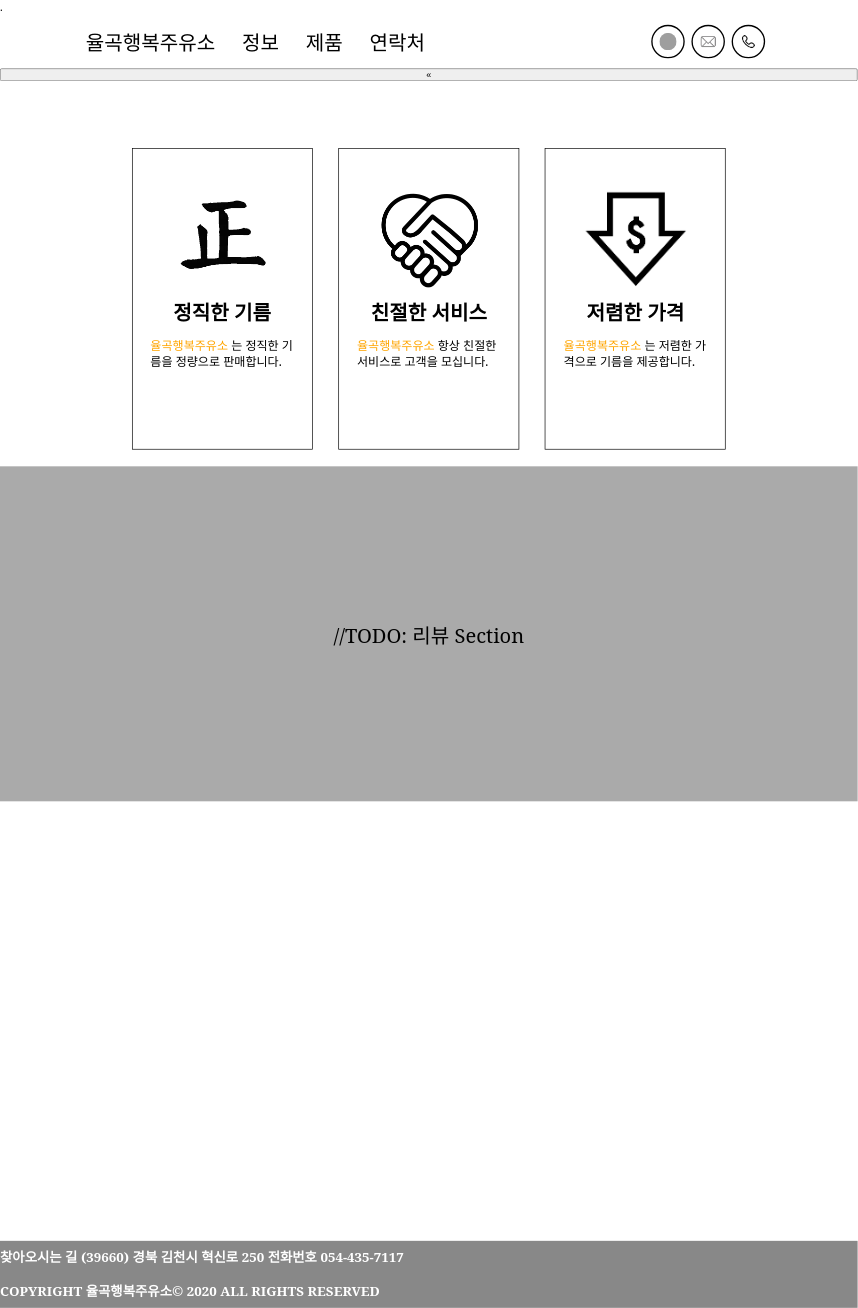
Repository: randomUser134923/pet-projects
Page: pet-projects/web1/index.html
The author's editor kept a record of every edit. The page is drawn from the files as they stood at one moment, then again after the next edit.
The browser window is 1280 px wide. The pictures show the whole page, at 67% of full size.
Pictures or frames that could not be fetched are drawn as grey boxes.

Above is the page before.

After the next edit:
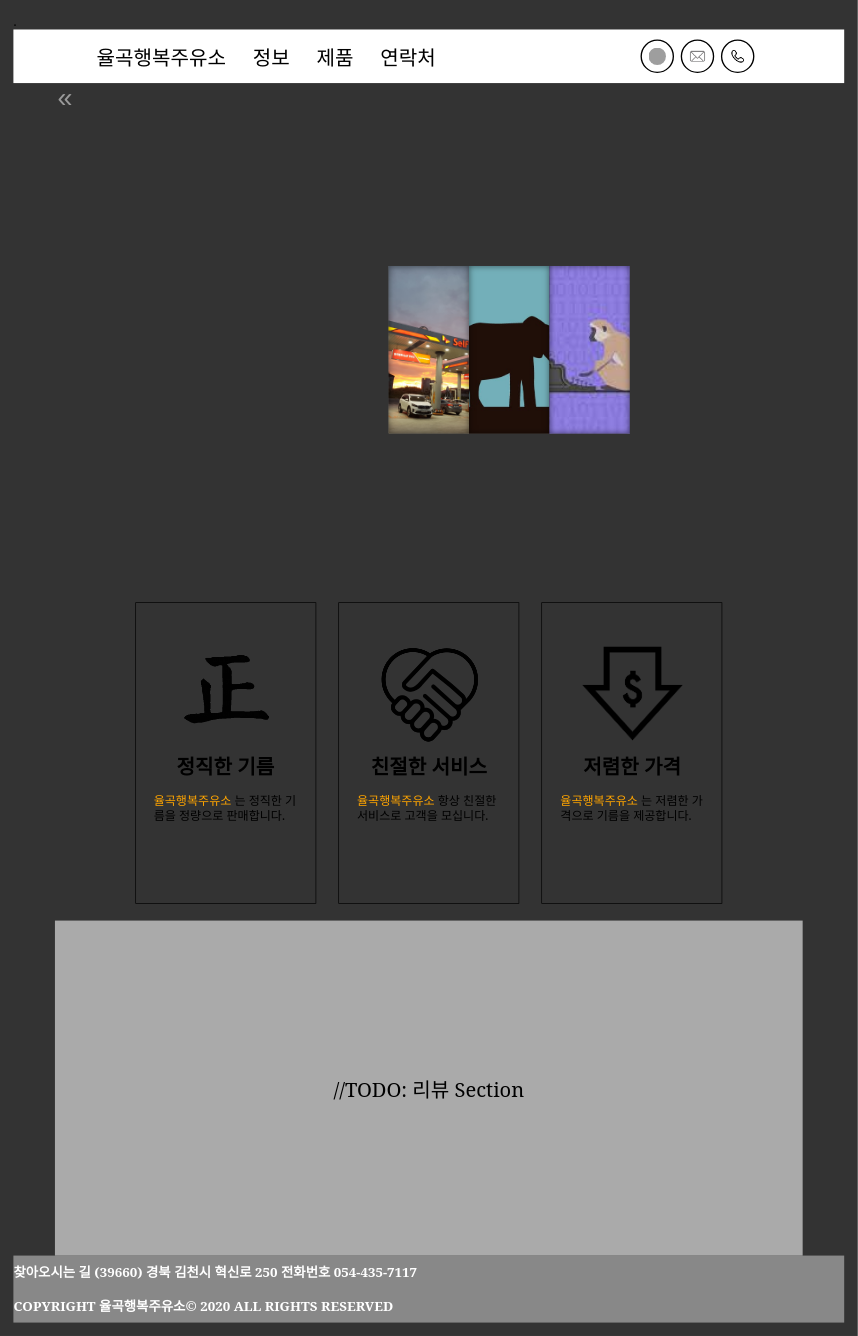
The edit:
--- a/pet-projects/web1/css/banner.css
+++ b/pet-projects/web1/css/banner.css
@@ -1,68 +1,74 @@
-
-.sliding-banner input {
-  position: absolute;
-  opacity: 0;
-  margin-top: 95vh;
-  cursor: pointer;
+@import url(https://fonts.googleapis.com/css?family=Noto+Sans:400,700);
+* {
+  box-sizing: border-box;
+  margin: 0;
+  padding: 0;
 }
-
-.sliding-banner label {
-  display: inline-block;
-  width: 12px;
-  height: 12px;
-  border: solid 2px white;
-  border-radius: 999px;
-  background-color: transparent;
-  margin: 95vh 6px 0 6px;
-  z-index: 2;
-  cursor: pointer;
-  transition-duration: .4s;
+html {
+  font: 18px 'Noto Sans', Arial, sans-serif;
+  background: #333;
 }
-
-.sliding-banner input:checked + label{
-  background-color: white;
+body {
+  padding: 20px;
 }
-
-.sliding-banner input:focus + label{
-  box-shadow: 0 0 0 2px teal, 0 0 18px white;
+h1 {
+  text-align: center;
+  color: #f0f0f0;
+  margin-bottom: 1em;
 }
-
-.slide {
-  position: absolute;
-  background-position: center;
-  background-size: cover;
-  background-repeat: no-repeat;
-  width: 100%;
-  height: 100%;
-  top: 0;
-  left: 0;
-  z-index: 1;
-  transform: translateX(-100%);
-  transition-duration: .4s;
+.sticky {
+  width: 100px;
+  text-align: center;
+  color: #be2221;
+  font-size: 16px;
+  background: #f0f0f0;
+  line-height: 250px;
+}
+.content-wrapper {
+  display: flex;
+  align-items: stretch;
+  width: 90%;
+  margin: auto;
+}
+button {
+  width: 30px;
+  border: none;
+  background: transparent;
+  color: #fff;
+  font-size: 40px;
+  text-align: center;
+  outline: none;
+  opacity: 0.5;
+  transition: opacity 300ms ease-out;
+}
+button:hover {
   opacity: 1;
 }
-
-.sliding-banner input:checked ~ .slide {
-  transform: translateX(100%);
+.scroller {
+  flex: 1;
+  overflow: hidden;
 }
-
-.sliding-banner input:checked + label + .slide {
-  transform: translateX(0);
-  opacity: 1;
+.items {
+  list-style-type: none;
+  white-space: nowrap;
+  font-size: 0;
+  line-height: 0;
+  transition: transform 1s ease-in-out;
 }
-
-.bg1{
-  background-image: url(../images/img1.jpg);
+.item {
+  padding: 30px 20px;
+  display: inline-block;
+  width: 100%;
+  height: 250px;
+  font-size: 25px;
+  letter-spacing: -0.03em;
+  line-height: 1;
+  font-weight: bold;
+  background-size: cover;
+  background-position: 50% 50%;
+  text-transform: uppercase;
+  box-shadow: inset 0 0 10px rgba(0, 0, 0, 0.5);
 }
-.bg2{
-  background-image: url(../images/img2.jpg);
+.item:nth-child(2) {
+  color: #fff;
 }
-.bg3{
-  background-image: url(../images/img3.jpg);
-}
-.bg4{
-  background-image: url(../images/img2.jpg);
-}
-.bg5{
-  background-image: url(../images/img1.jpg);
-}
